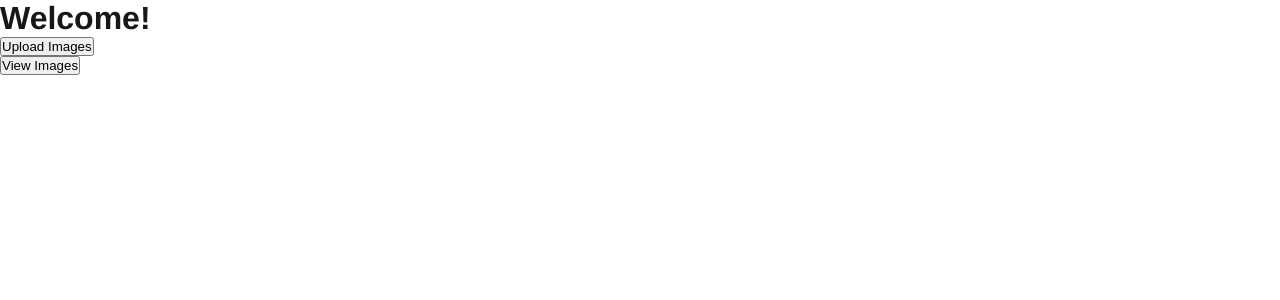
Repository: EricRobertCampbell/palaeo-fossil-classifier
Page: /dashboard (app in palaeo-fossil-classifier/)
An editor plug-in stored every save of this project. The page is shown before and after the next save, followed by the edit.
The browser window is 1280 px wide. The pictures show the whole page.
Some web libraries are served in a nearby version. The project was rebuilt for these pictures with package versions that can differ from the ones it lists, and the page was loaded fresh each time. The framework's server and built-in components were replaced by stand-ins that run in the browser. Also part of the build but not shown: palaeo-fossil-classifier/next.config.ts, palaeo-fossil-classifier/app/admin.tsx, palaeo-fossil-classifier/app/classify.tsx.

Above is the page before, as saved 2024-11-30 14:22:46.

After the next save:
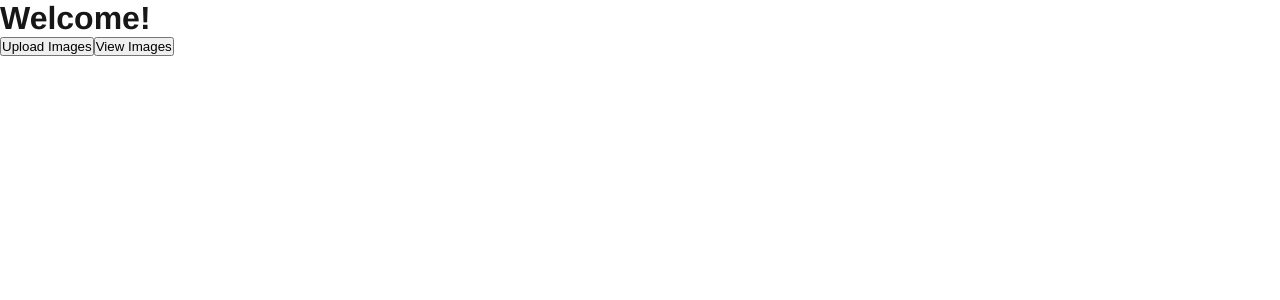
Saved 24 s later.
--- a/palaeo-fossil-classifier/app/dashboard/page.tsx
+++ b/palaeo-fossil-classifier/app/dashboard/page.tsx
@@ -24,26 +24,22 @@
       <div className="area">
         <nav className="main-menu">
           <ul>
-            <li className="">
-              <button
-                className="button"
-                onClick={() => {
-                  handleAdmin();
-                }}
-              >
-                <span className="nav-text">Upload Images</span>
-              </button>
-            </li>
-            <li className="has-subnav">
-              <button
-                className="button"
-                onClick={() => {
-                  handleClasify();
-                }}
-              >
-                <span className="nav-text">View Images</span>
-              </button>
-            </li>
+            <button
+              className="button"
+              onClick={() => {
+                handleAdmin();
+              }}
+            >
+              <span className="nav-text">Upload Images</span>
+            </button>
+            <button
+              className="button"
+              onClick={() => {
+                handleClasify();
+              }}
+            >
+              <span className="nav-text">View Images</span>
+            </button>
           </ul>
         </nav>
         <div className="component">{component1 ? <Admin /> : <></>}</div>

After the save that followed:
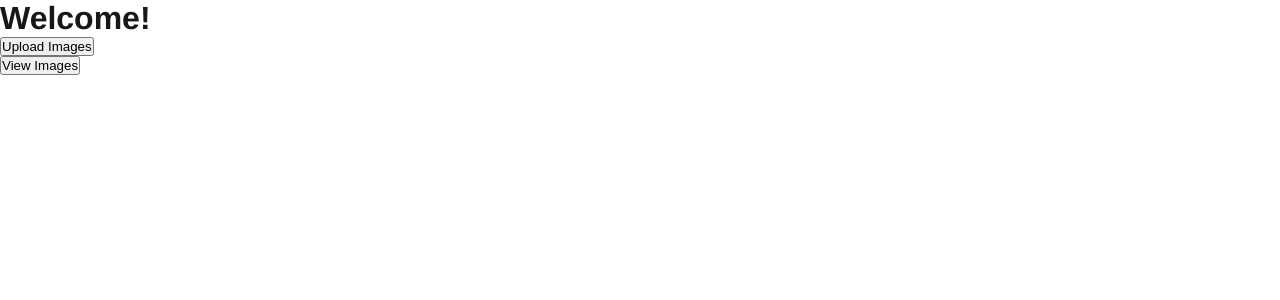
Saved 12 s later.
--- a/palaeo-fossil-classifier/app/dashboard/page.tsx
+++ b/palaeo-fossil-classifier/app/dashboard/page.tsx
@@ -24,22 +24,26 @@
       <div className="area">
         <nav className="main-menu">
           <ul>
-            <button
-              className="button"
-              onClick={() => {
-                handleAdmin();
-              }}
-            >
-              <span className="nav-text">Upload Images</span>
-            </button>
-            <button
-              className="button"
-              onClick={() => {
-                handleClasify();
-              }}
-            >
-              <span className="nav-text">View Images</span>
-            </button>
+            <li className="">
+              <button
+                className="button"
+                onClick={() => {
+                  handleAdmin();
+                }}
+              >
+                <span className="nav-text">Upload Images</span>
+              </button>
+            </li>
+            <li className="has-subnav">
+              <button
+                className="button"
+                onClick={() => {
+                  handleClasify();
+                }}
+              >
+                <span className="nav-text">View Images</span>
+              </button>
+            </li>
           </ul>
         </nav>
         <div className="component">{component1 ? <Admin /> : <></>}</div>
